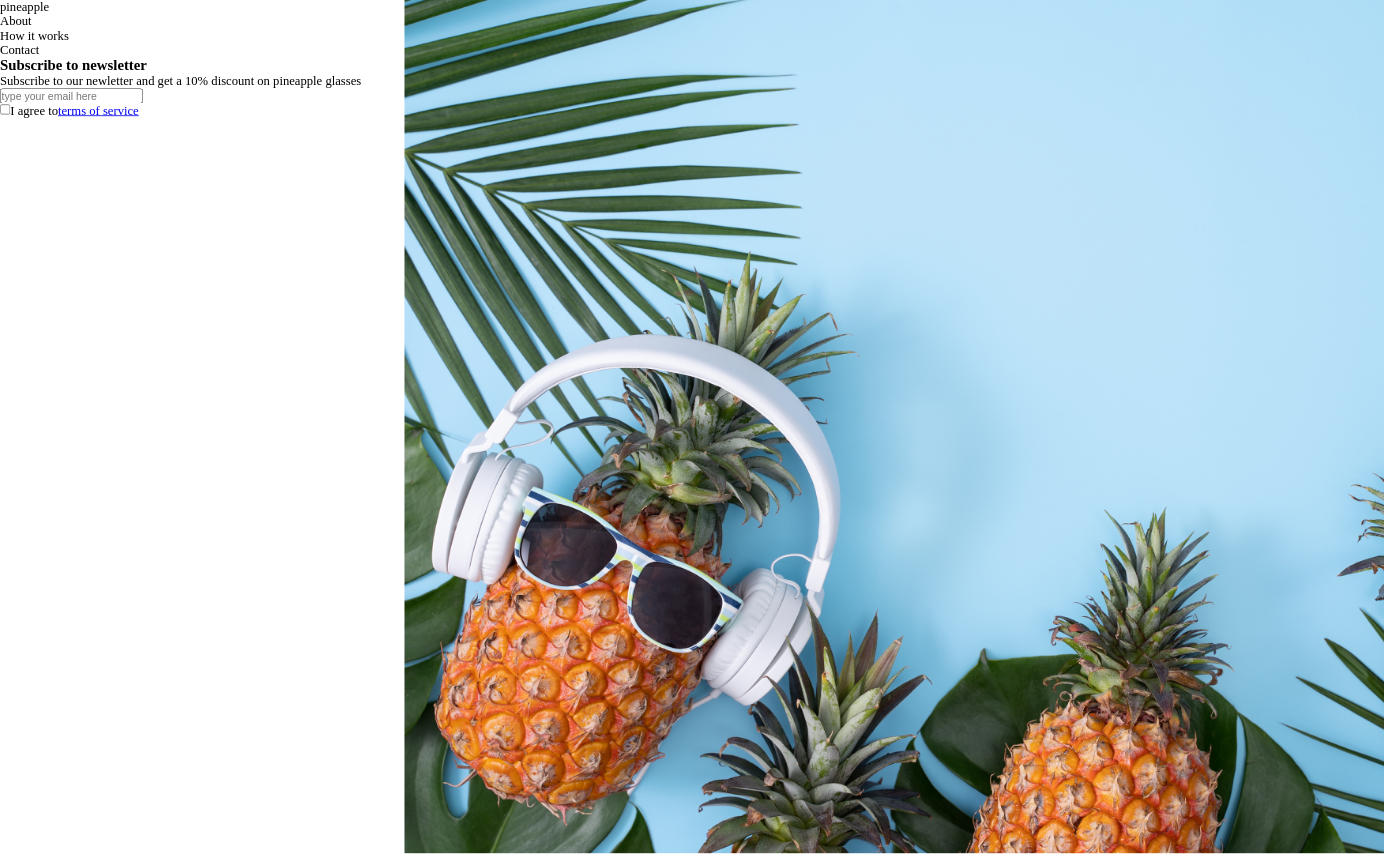
Repository: PaulsBebris/megabit-task
Page: /
An editor plug-in stored every save of this project. The page is shown before and after the next save, followed by the edit.
The browser window is 1280 px wide. The page is 1752 px wide, so the pictures cover 1752 px, including what lies to the right of the window. The pictures show the whole page, at 79% of full size.
The project was rebuilt for these pictures with package versions that can differ from the ones it lists, and the page was loaded fresh each time.

Above is the page before, as saved 2021-04-19 07:52:50.

After the next save:
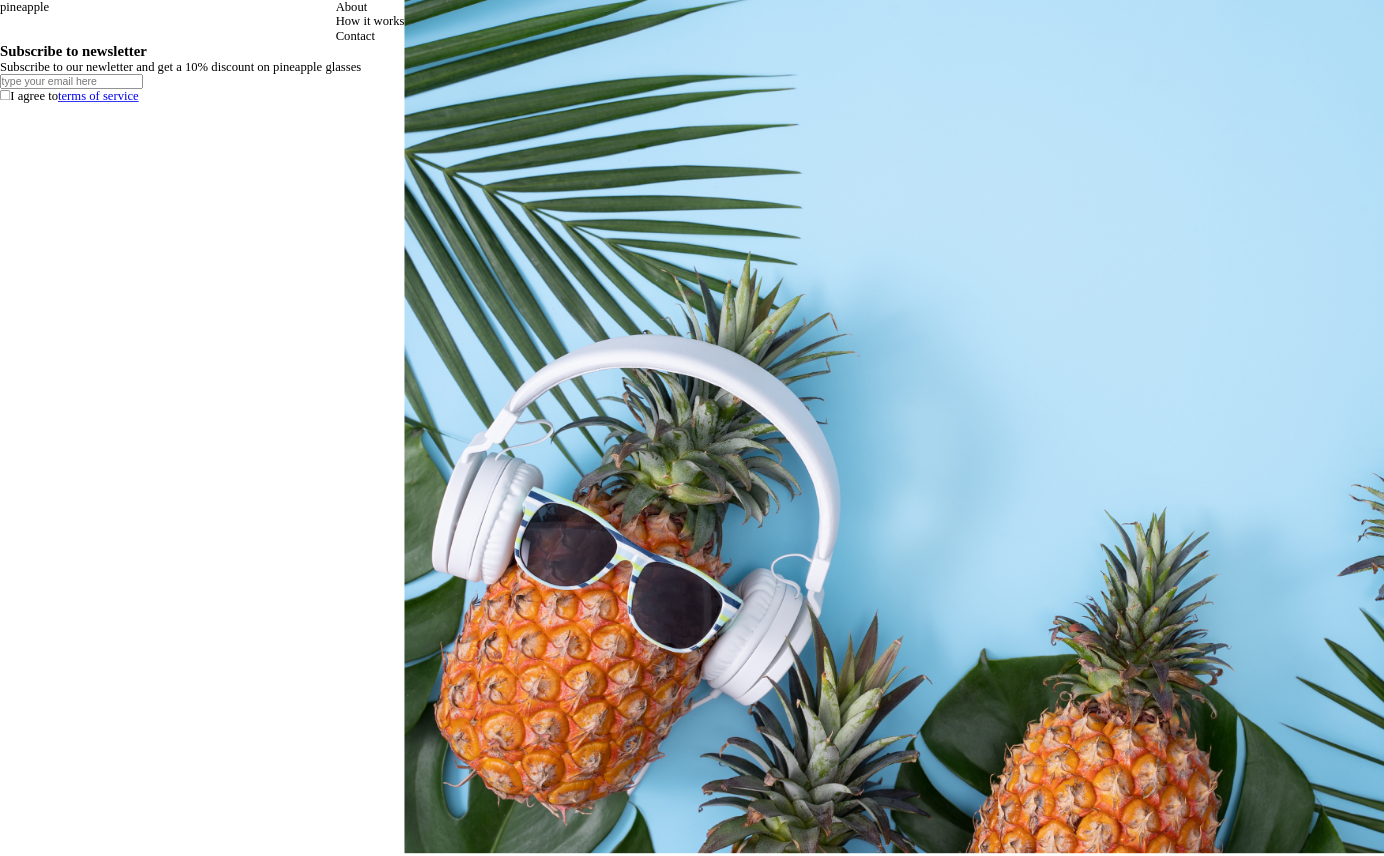
Saved 2 min 35 s later.
--- a/src/views/Home.vue
+++ b/src/views/Home.vue
@@ -69,11 +69,10 @@ export default {
 }
 .base-image img {
   max-height: 1080px;
+}
 .header-wrapper {
   display: flex;
   justify-content: space-between;
-}
-
 }
 // mobile
 @media screen and (max-width: 1024px) {
